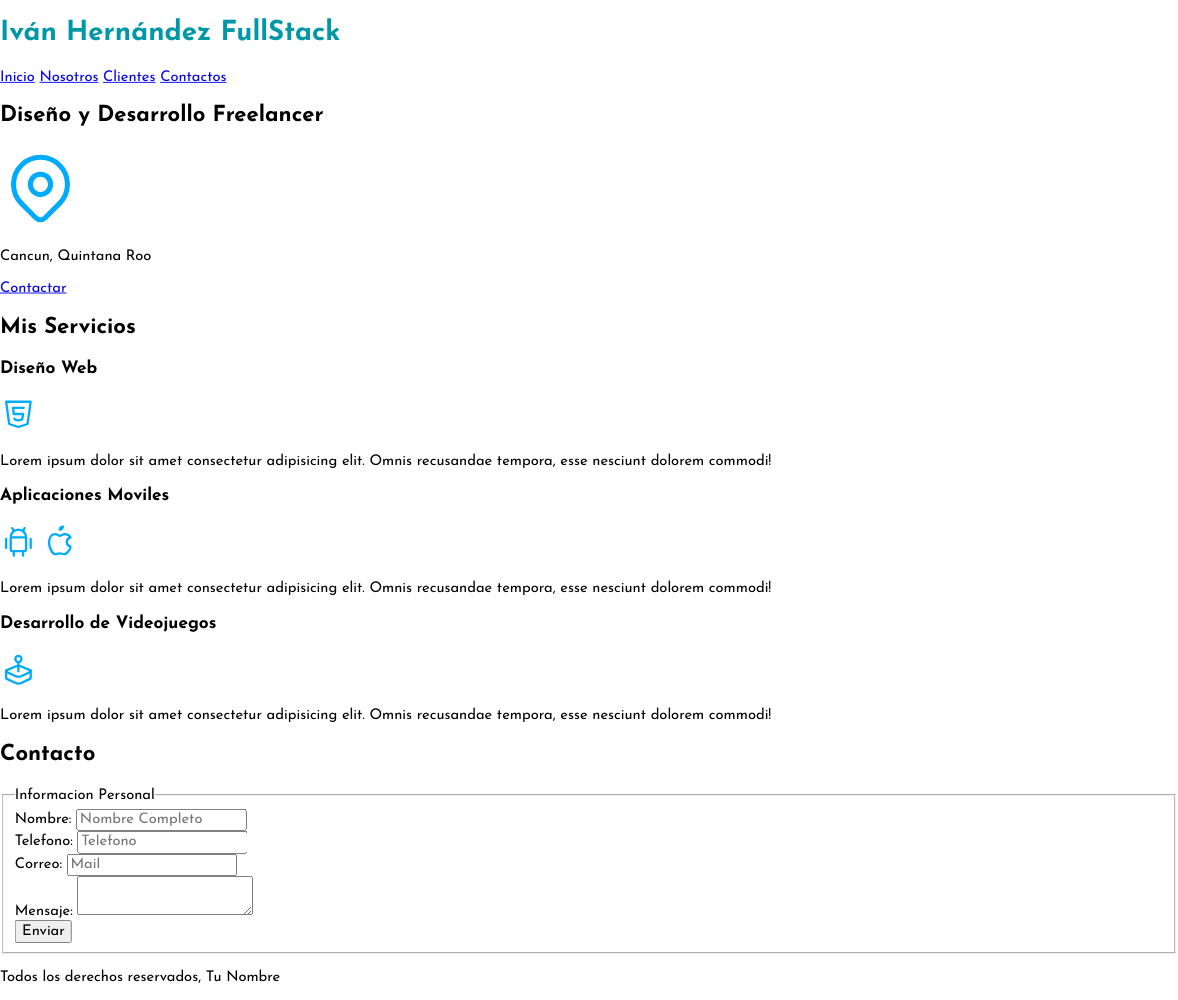
Repository: IvanHernandezMuro/freelance_base
Page: index.html
The author's editor kept a copy of each file at every save. The page is drawn from the files as they stood at one save, then again after the next save.
The browser window is 1280 px wide. The pictures show the whole page, at 92% of full size.

Above is the page before, as saved 2023-05-09 00:03:06.

After the next save:
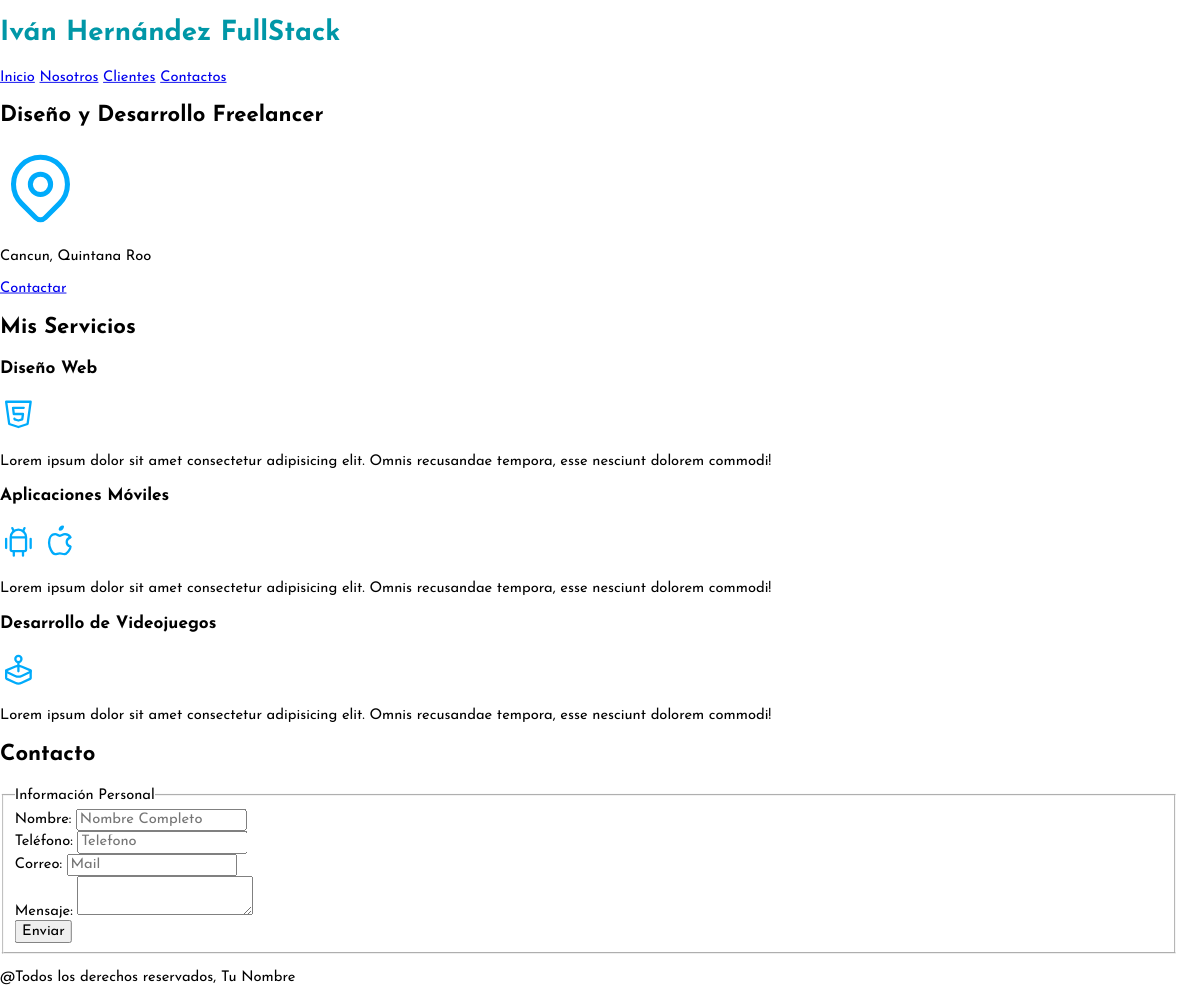
Saved 107 s later.
--- a/index.html
+++ b/index.html
@@ -6,7 +6,7 @@
 		<meta name="viewport" content="width=device-width, initial-scale=1.0" />
 		<title>Freelancer</title>
 		<link rel="stylesheet" href="./css/normalize.css" />
-		<!--librerias-->
+		<!--librerías-->
 		<link rel="preconnect" href="https://fonts.googleapis.com" />
 		<link rel="preconnect" href="https://fonts.gstatic.com" crossorigin />
 		<link
@@ -93,7 +93,7 @@
 
 				<!-- Proyecto 2 -->
 				<section class="servicio">
-					<h3>Aplicaciones Moviles</h3>
+					<h3>Aplicaciones Móviles</h3>
 
 					<div class="iconos">
 						<svg
@@ -178,7 +178,7 @@
 				<form class="formulario" action="">
 					<!-- Informacion Personal -->
 					<fieldset>
-						<legend>Informacion Personal</legend>
+						<legend>Información Personal</legend>
 
 						<div class="contenedor-campos">
 							<div class="campo">
@@ -192,7 +192,7 @@
 							</div>
 
 							<div class="campo">
-								<label for="telefono">Telefono: </label>
+								<label for="telefono">Teléfono: </label>
 								<input
 									class="input-text"
 									type="tel"
@@ -226,7 +226,7 @@
 			</section>
 		</main>
 		<footer>
-			<p>Todos los derechos reservados, Tu Nombre</p>
+			<p>@Todos los derechos reservados, Tu Nombre</p>
 		</footer>
 	</body>
 </html>
